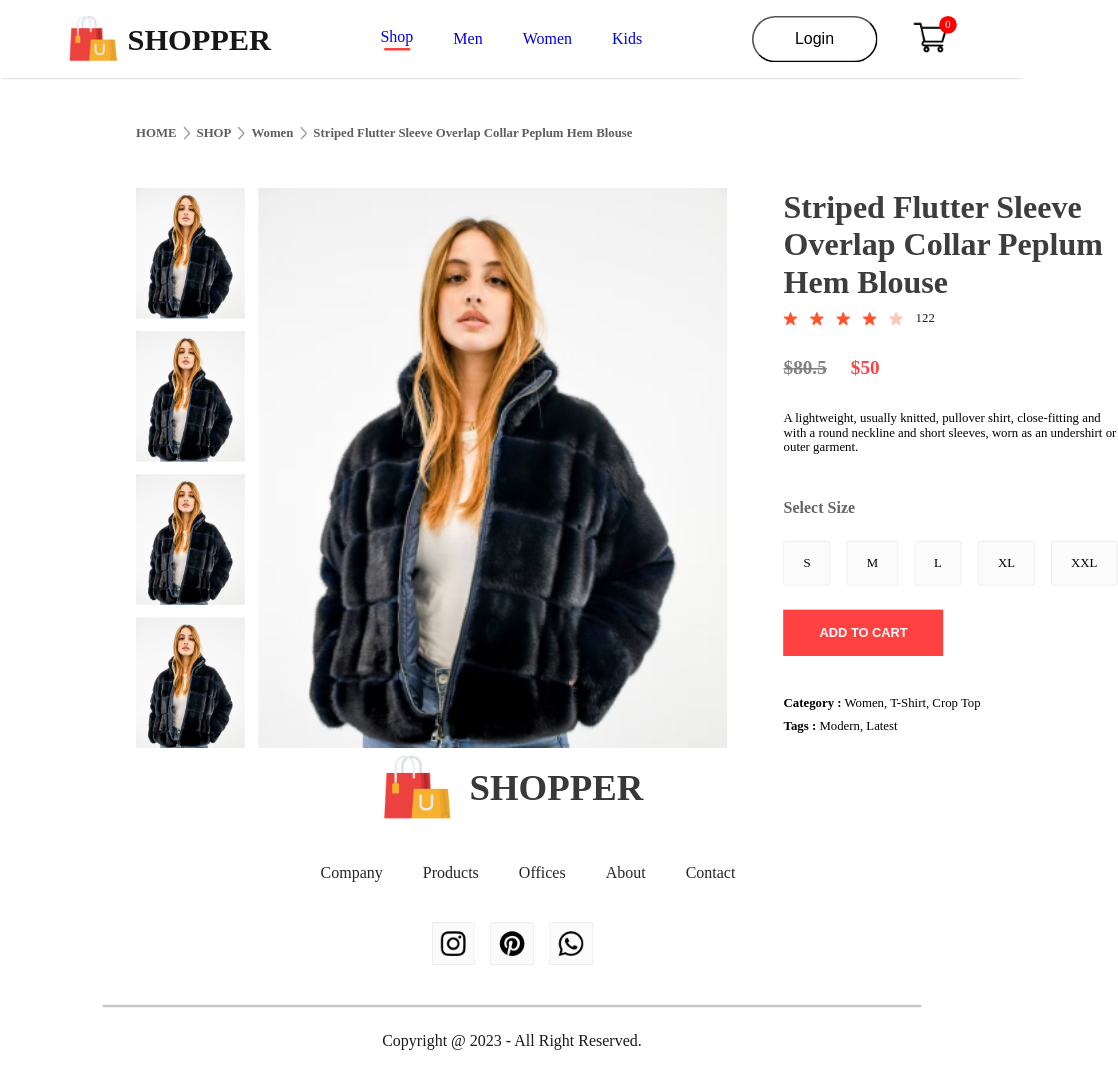
Repository: Nandhini653/SHOPPER-ECOM
Page: /product/1
The author's editor kept a copy of each file at every save. The page is drawn from the files as they stood at one save, then again after the next save.
The browser window is 1280 px wide. The page is 1397 px wide, so the pictures cover 1397 px, including what lies to the right of the window. The pictures show the whole page, at 80% of full size.
The project was rebuilt for these pictures with package versions that can differ from the ones it lists, and the page was loaded fresh each time. Also part of the build but not shown: src/App.css, src/Pages/CSS/ShopCategory.css, src/Components/Item/Item.css, src/Components/Item/Item.jsx, src/Pages/ShopCategory.jsx, src/Pages/Cart.jsx, src/Pages/CSS/LoginSignup.css, src/Pages/LoginSignup.jsx and 14 more.

Above is the page before, as saved 2024-06-24 17:35:22.

After the next save:
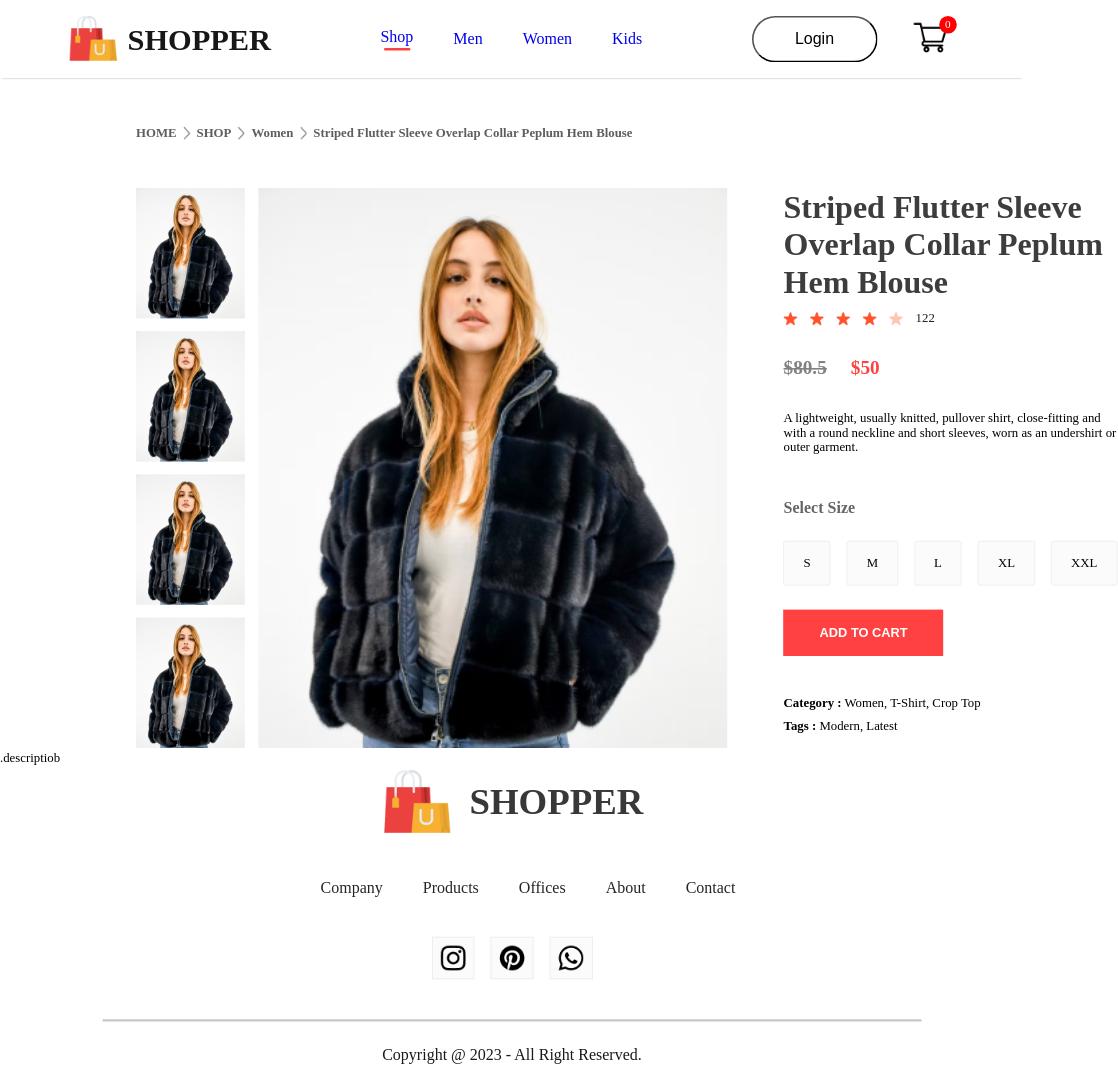
Saved 16 s later.
--- a/src/Components/DescriptionBox/DescriptionBox.jsx
+++ b/src/Components/DescriptionBox/DescriptionBox.jsx
@@ -4,7 +4,7 @@ import './DescriptionBox.css'
 const DescriptionBox = () => {
   return (
     <div className='descriptionbox'>
-
+      .descriptiob
     </div>
   )
 }
